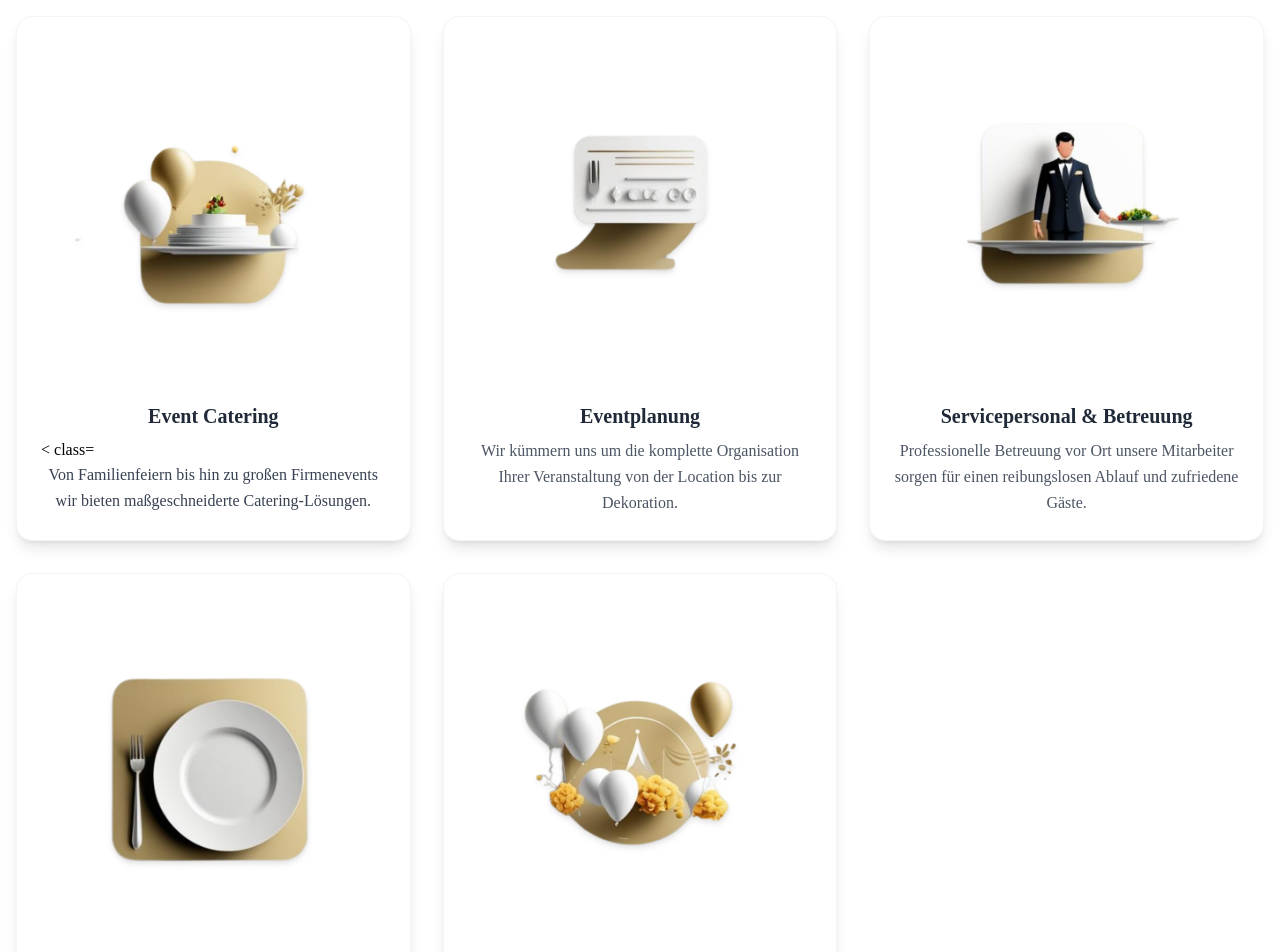
Repository: NikolajMalisch/vilana
Page: index.html
These files come from the project's save history. The page is drawn as it stood at one moment and after the next save; the edit follows.
The browser window is 1280 px wide. The pictures show the part of the page from y = 936 to 1888 px (the page is 2185 px tall).
A picture or video elsewhere on the page could not be fetched, so the positions and the page height are approximate. Some web fonts or font styles are not loaded; a fallback is used. Some web libraries are served in a nearby version.

Above is the page before, as saved 2025-08-01 13:52:16.

### index.html
<head>
    <meta charset="UTF-8" />
    <meta name="viewport" content="width=device-width, initial-scale=1.0" />
    <title>Vilana Event & Catering</title>

    <!-- Tailwind CSS -->
    <script src="https://cdn.tailwindcss.com"></script>

    <!-- Google Fonts -->
    <link href="https://fonts.googleapis.com/css2?family=Cinzel+Decorative&family=Cormorant+SC:wght@400;500;700&display=swap" rel="stylesheet" />

    <!-- Benutzerdefinierte Schriftarten anwenden -->
    <style>
    body {
        font-family: 'Cormorant SC', serif;
        background-color: #fdfaf6;
    }

    h1, h2, h3, p, span {
        font-family: 'Cormorant SC', serif;
    }

    .logo-container {
        display: flex;
        align-items: baseline;
        gap: 0.3rem;
        margin-top: 4px;
    }

    .logo-title {
        font-family: 'Cinzel Decorative', cursive;
        font-size: 1.8rem;
        font-weight: 500;
        letter-spacing: 0.5px;
        line-height: 1.1;
        margin-bottom: 2px;
      color: #1f2937; /* Tailwind gray-800 */
    }

    .logo-subtitle {
        font-family: 'Cormorant SC', serif;
        font-size: 1.2rem;
        font-weight: 400;
        letter-spacing: 0.2px;
        line-height: 1;
        margin-top: 0;
      color: #1f2937; /* Tailwind gray-800 */
    }

    .lang-de, .lang-ru {
        display: none;
    }

    .lang-active {
        display: block;
    }
    </style>
</head>


<body>

<!-- Header -->
    <header class="bg-white shadow-md">
    <div class="container mx-auto px-4 py-4 flex justify-between items-center">
    <div class="logo-container">
        <h1 class="logo-title">Vilana</h1>
        <span class="logo-subtitle">Event & Catering</span>
    </div>

    <!-- Navigation -->
    <div class="flex items-center">
        <nav class="hidden md:flex space-x-8 mr-8">
        <a href="#home" class="text-gray-800 hover:text-amber-800">Startseite</a>
        <a href="#services" class="text-gray-800 hover:text-amber-800">Leistungen</a>
        <a href="menu.html" class="text-gray-800 hover:text-amber-800">Menü</a>
        <a href="galerie.html" class="text-gray-800 hover:text-amber-800">Galerie</a>
        <a href="about.html" class="text-gray-800 hover:text-amber-800">Über uns</a>
        <a href="contact.html" class="text-gray-800 hover:text-amber-800">Kontakt</a>
        </nav>

        <!-- Language Switcher -->
        <div class="language-selector">
        <button onclick="setLanguage('de')" class="px-2 lang-active">🇩🇪</button>
        <button onclick="setLanguage('ru')" class="px-2">🇷🇺</button>
        </div>

        <!-- Mobile Menu Button -->
        <button onclick="toggleMobileMenu()" class="md:hidden text-gray-700 ml-4">
        <svg xmlns="http://www.w3.org/2000/svg" class="h-6 w-6" fill="none" viewBox="0 0 24 24" stroke="currentColor">
            <path stroke-linecap="round" stroke-linejoin="round" stroke-width="2" d="M4 6h16M4 12h16M4 18h16" />
        </svg>
        </button>
    </div>
    </div>

    <!-- Mobile Navigation -->
    <div id="mobile-menu" class="hidden md:hidden bg-white py-2 px-4 shadow-lg">
    <nav class="flex flex-col space-y-3">
        <a href="#home" class="text-gray-800 hover:text-amber-800">Startseite</a>
        <a href="#services" class="text-gray-800 hover:text-amber-800">Leistungen</a>
        <a href="menu.html" class="text-gray-800 hover:text-amber-800">Menü</a>
        <a href="galerie.html" class="text-gray-800 hover:text-amber-800">Galerie</a>
        <a href="about.html" class="text-gray-800 hover:text-amber-800">Über uns</a>
        <a href="contact.html" class="text-gray-800 hover:text-amber-800">Kontakt</a>
    </nav>
    </div>
</header>

<!-- Hero Section -->
<section id="home" class="bg-[#0e0e0e] text-white py-20 flex items-center justify-center text-center">
    <div class="container mx-auto px-4">
    <img src="images/vilana_logo.png" alt="Vilana Logo" class="h-60 sm:h-80 mx-auto drop-shadow-lg transition-transform duration-300 hover:scale-105">
    <p class="text-xl md:text-2xl mb-4 max-w-2xl mx-auto lang lang-de">Liebe zum Detail</p>
    <p class="text-xl md:text-2xl mb-4 max-w-2xl mx-auto lang lang-ru">Любовь к деталям</p>
    <p class="text-lg md:text-xl mb-8 max-w-2xl mx-auto lang lang-de">Erleben Sie Catering neu mit Liebe, Geschmack und Stil</p>
    <p class="text-lg md:text-xl mb-8 max-w-2xl mx-auto lang lang-ru">Откройте для себя кейтеринг заново – с любовью, вкусом и стилем</p>
    <a href="contact.html" class="bg-amber-600 hover:bg-amber-700 text-white font-bold py-3 px-8 rounded-full transition duration-300 inline-block lang lang-de">Kontaktieren Sie uns</a>
    <div class="mt-12 text-3xl animate-bounce text-white">↓</div>
    </div>
</section>

<!-- Leistungen -->
<section id="services" class="py-16 bg-white">
<div class="container mx-auto px-4">
    <h2 class="text-3xl md:text-4xl font-bold text-center mb-12 lang lang-de">Unsere Leistungen</h2>
    <h2 class="text-3xl md:text-4xl font-bold text-center mb-12 lang lang-ru">Наши услуги</h2>

    <div class="grid grid-cols-1 md:grid-cols-2 lg:grid-cols-3 gap-8">

    <!-- Event Catering -->
    <div class="bg-white rounded-2xl p-6 shadow-lg hover:shadow-2xl transition-shadow duration-300 border border-gray-100">
        <img src="images/Без названия (500 x 500 пикс.) new/Catering.png" alt="Event Catering" class="w-25 h-25 mb-4 mx-auto drop-shadow-md">
        <h3 class="text-xl font-semibold text-center text-gray-800 mb-2 lang lang-de">Event Catering</h3>
        <h3 class="text-xl font-semibold text-center text-gray-800 mb-2 lang lang-ru">Кейтеринг</h3>
        < class=<p class="text-gray-700 text-center leading-relaxed font-medium lang lang-de"> Von Familienfeiern bis hin zu großen Firmenevents wir bieten maßgeschneiderte Catering-Lösungen.</p>
        <p class="text-gray-600 text-center leading-relaxed lang lang-ru">От семейных праздников до крупных корпоративов мы предлагаем кейтеринг решения под ключ.</p>
    </div>

    <!-- Eventplanung -->
    <div class="bg-white rounded-2xl p-6 shadow-lg hover:shadow-2xl transition-shadow duration-300 border border-gray-100">
        <img src="images/Без названия (500 x 500 пикс.) new/Eventplanung.png" alt="Eventplanung" class="w-25 h-25 mb-4 mx-auto drop-shadow-md">
        <h3 class="text-xl font-semibold text-center text-gray-800 mb-2 lang lang-de">Eventplanung</h3>
        <h3 class="text-xl font-semibold text-center text-gray-800 mb-2 lang lang-ru">Планирование мероприятий</h3>
        <p class="text-gray-600 text-center leading-relaxed lang lang-de">Wir kümmern uns um die komplette Organisation Ihrer Veranstaltung von der Location bis zur Dekoration.</p>
        <p class="text-gray-600 text-center leading-relaxed lang lang-ru">Мы берём на себя всю организацию вашего мероприятия от выбора площадки до оформления зала.</p>
    </div>

    <!-- Servicepersonal -->
    <div class="bg-white rounded-2xl p-6 shadow-lg hover:shadow-2xl transition-shadow duration-300 border border-gray-100">
        <img src="images/Без названия (500 x 500 пикс.) new/Service.png" alt="Servicepersonal" class="w-25 h-25 mb-4 mx-auto drop-shadow-md">
        <h3 class="text-xl font-semibold text-center text-gray-800 mb-2 lang lang-de">Servicepersonal & Betreuung</h3>
        <h3 class="text-xl font-semibold text-center text-gray-800 mb-2 lang lang-ru">Персонал и сопровождение</h3>
        <p class="text-gray-600 text-center leading-relaxed lang lang-de">Professionelle Betreuung vor Ort unsere Mitarbeiter sorgen für einen reibungslosen Ablauf und zufriedene Gäste.</p>
        <p class="text-gray-600 text-center leading-relaxed lang lang-ru">Профессиональное сопровождение наши сотрудники обеспечат безупречное проведение мероприятия.</p>
    </div>

    <!-- Mobiles Buffet -->
    <div class="bg-white rounded-2xl p-6 shadow-lg hover:shadow-2xl transition-shadow duration-300 border border-gray-100">
        <img src="images/Без названия (500 x 500 пикс.) new/Besteck.png" alt="Mobiles Buffet" class="w-25 h-25 mb-4 mx-auto drop-shadow-md">
        <h3 class="text-xl font-semibold text-center text-gray-800 mb-2 lang lang-de">Mobiles Buffet & Equipment</h3>
        <h3 class="text-xl font-semibold text-center text-gray-800 mb-2 lang lang-ru">Мобильный буфет и оборудование</h3>
        <p class="text-gray-600 text-center leading-relaxed lang lang-de">Alles aus einer Hand wir bringen Geschirr,Besteck und Buffet direkt zu Ihrer Veranstaltung.</p>
        <p class="text-gray-600 text-center leading-relaxed lang lang-ru">Всё под ключ мы привозим посуду,приборы и буфет прямо на место проведения.</p>
    </div>

    <!-- Themen-Events -->
    <div class="bg-white rounded-2xl p-6 shadow-lg hover:shadow-2xl transition-shadow duration-300 border border-gray-100">
        <img src="images/Без названия (500 x 500 пикс.) new/Themen.png" alt="Themen Events" class="w-25 h-25 mb-4 mx-auto drop-shadow-md">
        <h3 class="text-xl font-semibold text-center text-gray-800 mb-2 lang lang-de">Themen-Events & Konzepte</h3>
        <h3 class="text-xl font-semibold text-center text-gray-800 mb-2 lang lang-ru">Тематические мероприятия</h3>
        <p class="text-gray-600 text-center leading-relaxed lang lang-de">Ob Oktoberfest,russische Hochzeit oder Business Brunch wir gestalten Ihr Event individuell und mit Konzept.</p>
        <p class="text-gray-600 text-center leading-relaxed lang lang-ru">Октоберфест,русская свадьба или деловой бранч мы оформим ваше мероприятие с уникальной концепцией.</p>
    </div>

    </div>
</div>
</section>


<!-- Footer -->
<footer class="bg-gray-800 text-white py-8">
    <div class="container mx-auto px-4 text-center">
    <p>&copy; 2025 Vilana Event & Catering. Alle Rechte vorbehalten.</p>
    </div>
</footer>

<!-- Language Switch & Mobile Menu -->
<script>
function setLanguage(lang) {
    document.querySelectorAll('.lang').forEach(el => el.classList.remove('lang-active'));
    document.querySelectorAll('.lang-' + lang).forEach(el => el.classList.add('lang-active'));
}

    function toggleMobileMenu() {
    const menu = document.getElementById("mobile-menu");
    menu.classList.toggle("hidden");
    }

  // Default language
    setLanguage('de');
</script>

</body>
</html>

After the next save:
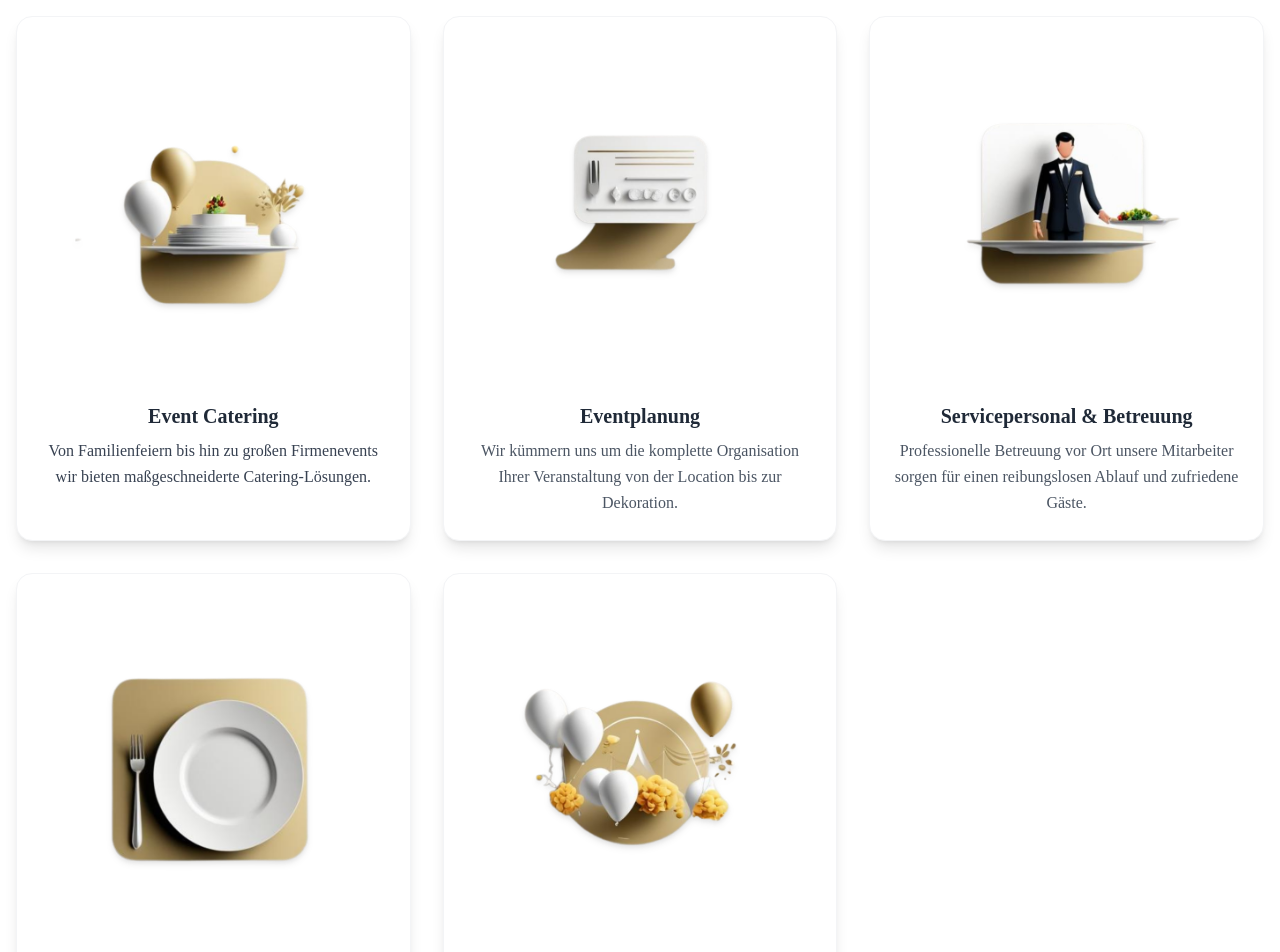
Saved 12 s later.
--- a/index.html
+++ b/index.html
@@ -133,7 +133,7 @@
         <img src="images/Без названия (500 x 500 пикс.) new/Catering.png" alt="Event Catering" class="w-25 h-25 mb-4 mx-auto drop-shadow-md">
         <h3 class="text-xl font-semibold text-center text-gray-800 mb-2 lang lang-de">Event Catering</h3>
         <h3 class="text-xl font-semibold text-center text-gray-800 mb-2 lang lang-ru">Кейтеринг</h3>
-        < class=<p class="text-gray-700 text-center leading-relaxed font-medium lang lang-de"> Von Familienfeiern bis hin zu großen Firmenevents wir bieten maßgeschneiderte Catering-Lösungen.</p>
+        <p class="text-gray-700 text-center leading-relaxed font-medium lang lang-de"> Von Familienfeiern bis hin zu großen Firmenevents wir bieten maßgeschneiderte Catering-Lösungen.</p>
         <p class="text-gray-600 text-center leading-relaxed lang lang-ru">От семейных праздников до крупных корпоративов мы предлагаем кейтеринг решения под ключ.</p>
     </div>
 
